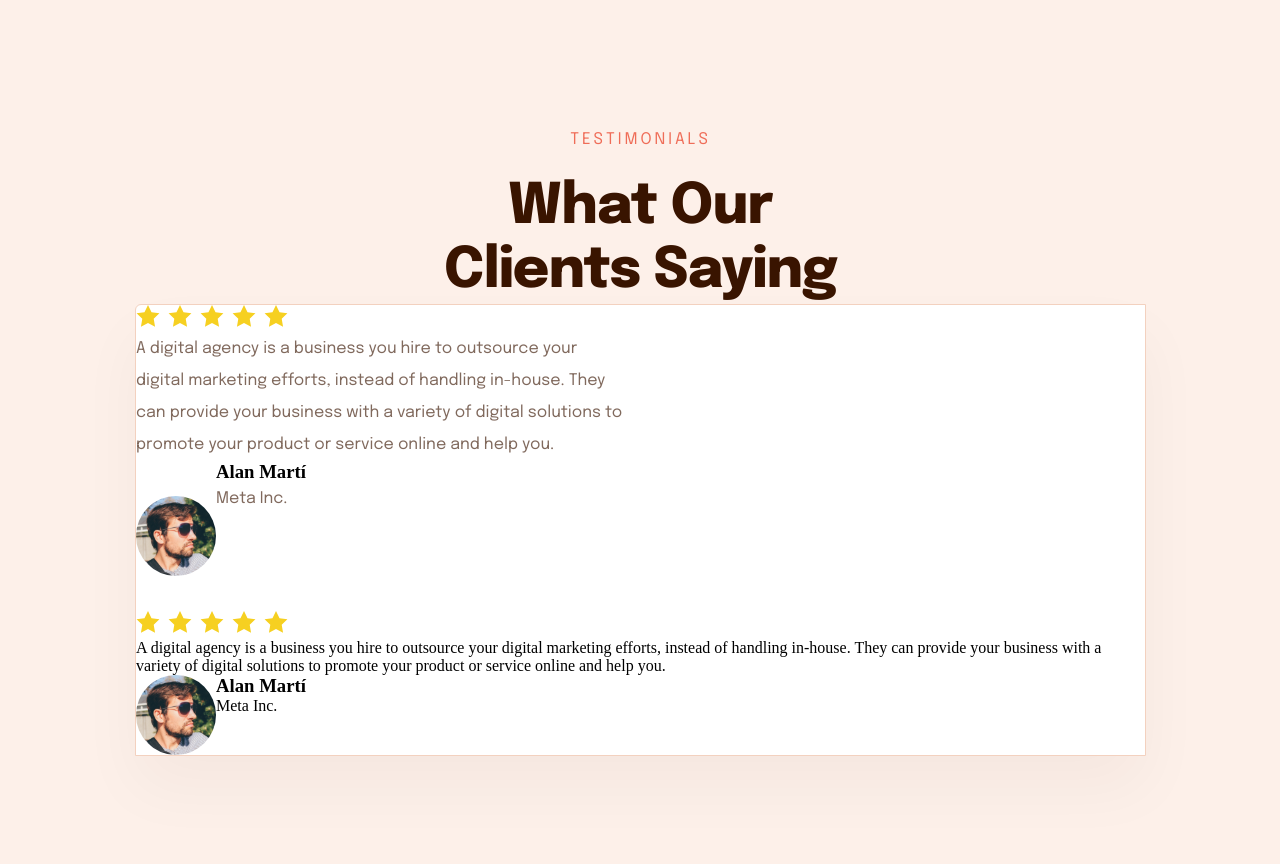
Repository: simralgasimov/task
Page: index.html
These files come from the project's save history. The page is drawn as it stood at one moment and after a run of saves; the edit follows.
The browser window is 1280 px wide. The pictures show the whole page.

Above is the page before, as saved 2023-09-06 13:33:13.

After the next 2 saves:
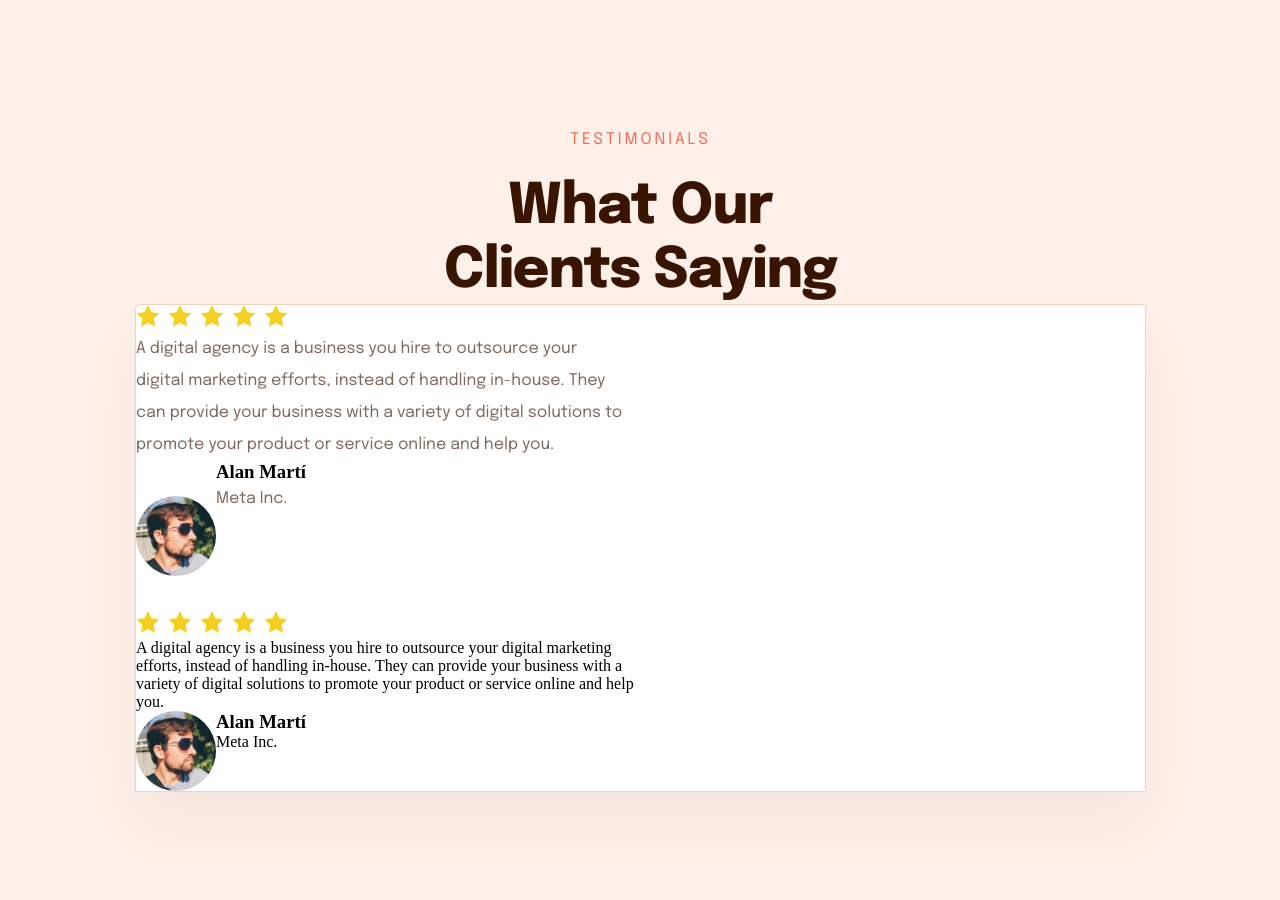
The 2 saves are shown as one change because they came seconds apart.
The last was saved 13 s later.
--- a/index.html
+++ b/index.html
@@ -14,49 +14,51 @@
         Clients Saying
       </h2>
       <div class="comment">
-        <div class="left-box"></div>
-        <div class="right-box"></div>
-        <div class="first-box">
-          <div class="box-1">
-            <img src="./img/star.svg" alt="" />
-            <p>
-              A digital agency is a business you hire to outsource your digital
-              marketing efforts, instead of handling in-house. They can provide
-              your business with a variety of digital solutions to promote your
-              product or service online and help you.
-            </p>
-           <div class="user">
-            <img src="./img/Oval.svg" alt="">
-            <div class="user-info">
-                <h3>Alan Martí</h3>
-            <p>Meta Inc.</p>
-            </div>
+        <div class="left-box">
+          <div class="first-box">
+            <div class="box-1">
+              <img src="./img/star.svg" alt="" />
+              <p>
+                A digital agency is a business you hire to outsource your digital
+                marketing efforts, instead of handling in-house. They can provide
+                your business with a variety of digital solutions to promote your
+                product or service online and help you.
+              </p>
+             <div class="user">
+              <img src="./img/Oval.svg" alt="">
+              <div class="user-info">
+                  <h3>Alan Martí</h3>
+              <p>Meta Inc.</p>
+              </div>
 
 
 
 
-           </div>
-            </div>
-<div class="nth2-box">
-    <div class="box-2">
-        <img src="./img/star.svg" alt="" />
-        <p>
-          A digital agency is a business you hire to outsource your digital
-          marketing efforts, instead of handling in-house. They can provide
-          your business with a variety of digital solutions to promote your
-          product or service online and help you.
-        </p>
-       <div class="user">
-        <img src="./img/Oval.svg" alt="">
-        <div class="user-info">
-            <h3>Alan Martí</h3>
-        <p>Meta Inc.</p>
+             </div>
+              </div>
+  <div class="nth2-box">
+      <div class="box-2">
+          <img src="./img/star.svg" alt="" />
+          <p>
+            A digital agency is a business you hire to outsource your digital
+            marketing efforts, instead of handling in-house. They can provide
+            your business with a variety of digital solutions to promote your
+            product or service online and help you.
+          </p>
+         <div class="user">
+          <img src="./img/Oval.svg" alt="">
+          <div class="user-info">
+              <h3>Alan Martí</h3>
+          <p>Meta Inc.</p>
+          </div>
+    </div>
+  </div>
+  </div>
+
         </div>
-  </div>
-</div>
-</div>
+        </div>
+        <div class="right-box"></div>
 
-      </div>
     </div>
   </body>
 </html>
